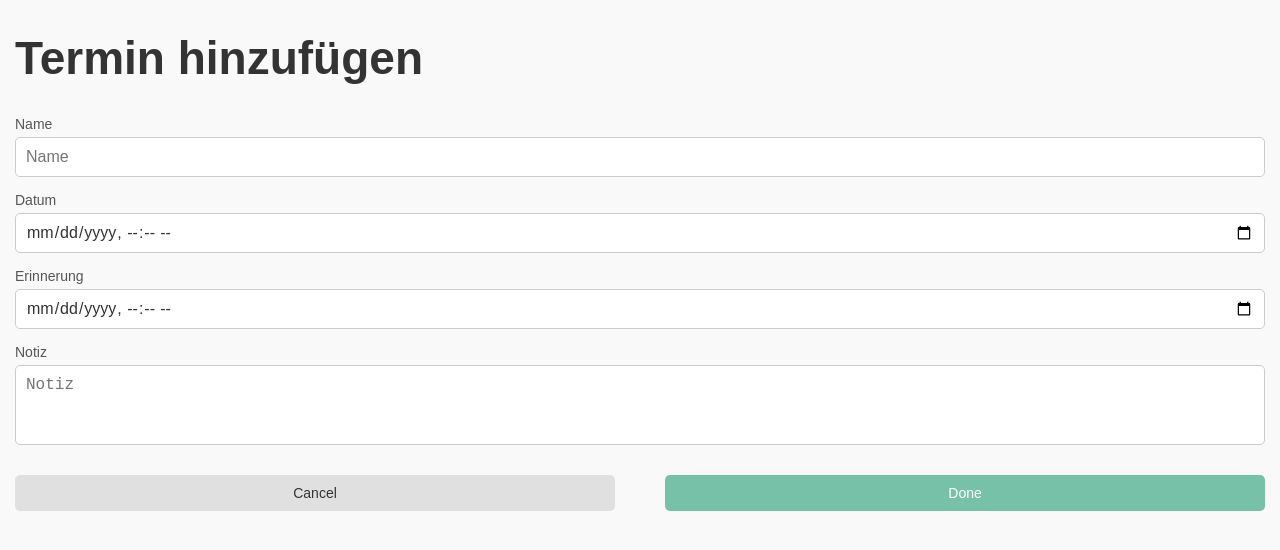
Repository: jakemoes/Pet-Tracker
Page: PWA/addAppointment.html
The author's editor kept a copy of each file at every save. The page is drawn from the files as they stood at one save, then again after the next save.
The browser window is 1280 px wide. The pictures show the whole page.

Above is the page before, as saved 2024-12-06 20:04:01.

### PWA/addAppointment.html
<!DOCTYPE html>
<html lang="de">
<head>
    <meta charset="UTF-8">
    <meta name="viewport" content="width=device-width, initial-scale=1.0">
    <link rel="stylesheet" href="addAppointment.css">
    <title>Termin hinzufügen</title>
</head>
<body>
    <div class="form-container">
        <h1>Termin hinzufügen</h1>
        <form>
            <label for="name">Name</label>
            <input type="text" id="name" name="name" placeholder="Name">

            <label for="datum">Datum</label>
            <input type="datetime-local" id="datum" name="datetime">

            <label for="erinnerung">Erinnerung</label>
            <input type="datetime-local" id="erinnerung" name="erinnerung">

            <label for="notiz">Notiz</label>
            <textarea id="notiz" name="notiz" placeholder="Notiz"></textarea>

            <div class="button-container">
                <form type="button" href="appointment.html" Cancel>
                    <button type="button" onclick=""appointment.html" class="cancel-btn">Cancel</button>
                </a>
                <button type="submit" class="done-btn">Done</button>
            </div>
        </form>
    </div>
</body>
</html>

### PWA/addAppointment.css
body {
    font-family: Arial, sans-serif;
    margin: 0;
    padding: 0;
    background-color: #f9f9f9;
    width: 100%;
    overflow: hidden;
}

.container {
    max-width: 100%;
    max-height: 100%;
    margin-top: 15px;
    margin-right: 15px;
    margin-left: 15px;
}

header {
    display: flex;
    justify-content: space-between;
    align-items: center;
}

h1 {

    position: relative;
    font-size: 46px;
    text-align: left;
    margin-left: 15px;
    color: #333;

}

form {
    display: flex;
    flex-direction: column;
    width: 100%; /* Form nimmt die volle Breite der Webseite ein */
    padding: 0 15px; /* 15px Abstand an beiden Seiten */
    box-sizing: border-box; /* Padding wird in der Breitenberechnung berücksichtigt */
    max-width: 100%; /* Verhindert, dass das Formular breiter als der Bildschirm wird */
}

label {
    margin-bottom: 5px;
    color: #555;
    font-size: 14px;
}

input, textarea {
    margin-bottom: 15px; /* Abstand zwischen den Eingabefeldern */
    padding: 10px;
    border: 1px solid #ccc;
    border-radius: 5px;
    font-size: 16px;
    width: 100%; /* Eingabefelder und Textarea nehmen die volle Breite des Formulars ein */
    box-sizing: border-box; /* Padding und Border werden in der Breitenberechnung berücksichtigt */
}

textarea {
    resize: none;
    height: 80px;
}

input[type="datetime-local"] {
    font-family: Arial, sans-serif; /* Einheitliche Schriftart */
    font-size: 16px; /* Schriftgröße */
    color: #333; /* Textfarbe */
    background-color: #FFF; /* Hintergrundfarbe */
    border: 1px solid #ccc; /* Rahmen */
    border-radius: 5px; /* Abgerundete Ecken */
    padding: 10px; /* Innenabstand */
    box-sizing: border-box; /* Verhindert Überschreiten der Breite */
    width: 100%; /* Volle Breite */
    max-width: 100%; /* Maximalbreite verhindern */
    height: 40px;
    appearance: none; /* Entfernt die native Darstellung */
    text-align: left;
}

/* Anpassung für iOS Safari */
input[type="date"]::-webkit-calendar-picker-indicator {
    background: transparent; /* Hintergrund des Kalendersymbols */
    color: #333; /* Farbe des Symbols (falls sichtbar) */
    cursor: pointer; /* Cursor-Stil */
}

.button-container {
    display: flex;
    justify-content: space-between;
    width: 100%; /* Container für Buttons nimmt die volle Breite des Formulars ein */
    margin-top: 15px;
}

.cancel-btn, .done-btn {
    border: none;
    border-radius: 5px;
    padding: 10px 15px;
    font-size: 14px;
    cursor: pointer;
    width: 48%; /* Buttons nehmen jeweils 48% der Breite des Containers ein */
}

.cancel-btn {
    background-color: #e0e0e0;
    color: #333;
}

.done-btn {
    background-color: #77c1a9;
    color: #fff;
}

.cancel-btn:hover {
    background-color: #d6d6d6;
}

.done-btn:hover {
    background-color: #66b398;
}

After the next save:
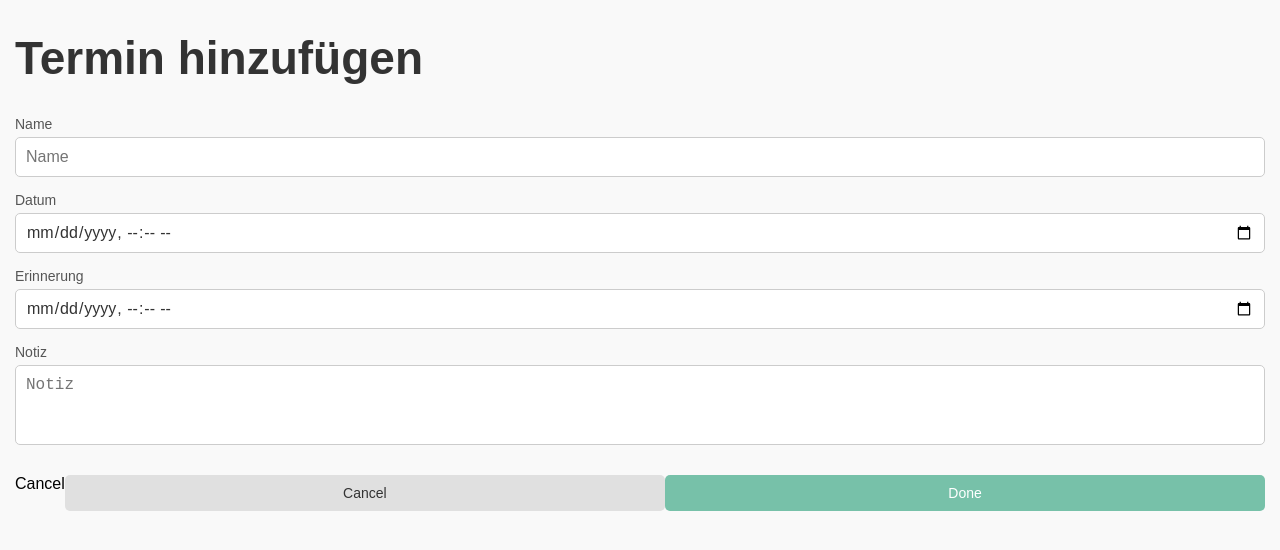
Saved 5 s later.
--- a/PWA/addAppointment.html
+++ b/PWA/addAppointment.html
@@ -23,7 +23,7 @@
             <textarea id="notiz" name="notiz" placeholder="Notiz"></textarea>
 
             <div class="button-container">
-                <form type="button" href="appointment.html" Cancel>
+                <form type="button" href="appointment.html">Cancel
                     <button type="button" onclick=""appointment.html" class="cancel-btn">Cancel</button>
                 </a>
                 <button type="submit" class="done-btn">Done</button>

After the 2 saves that followed:
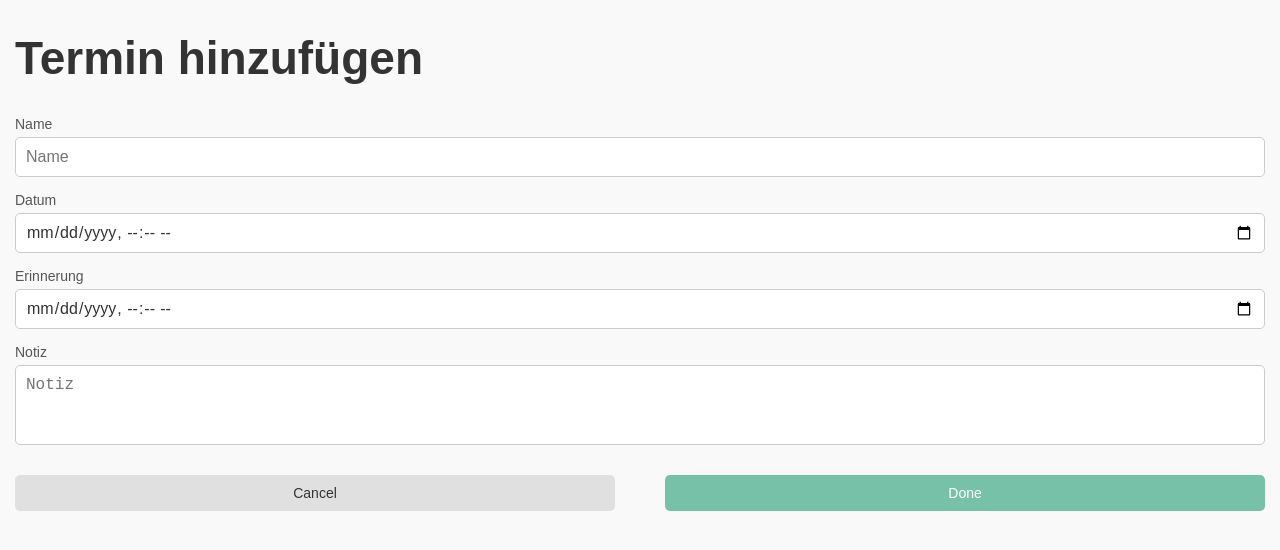
The 2 saves are shown as one change because they came seconds apart.
The last was saved 18 s later.
--- a/PWA/addAppointment.html
+++ b/PWA/addAppointment.html
@@ -23,7 +23,7 @@
             <textarea id="notiz" name="notiz" placeholder="Notiz"></textarea>
 
             <div class="button-container">
-                <form type="button" href="appointment.html">Cancel
+                <form type="button" href="appointment.html">
                     <button type="button" onclick=""appointment.html" class="cancel-btn">Cancel</button>
                 </a>
                 <button type="submit" class="done-btn">Done</button>
